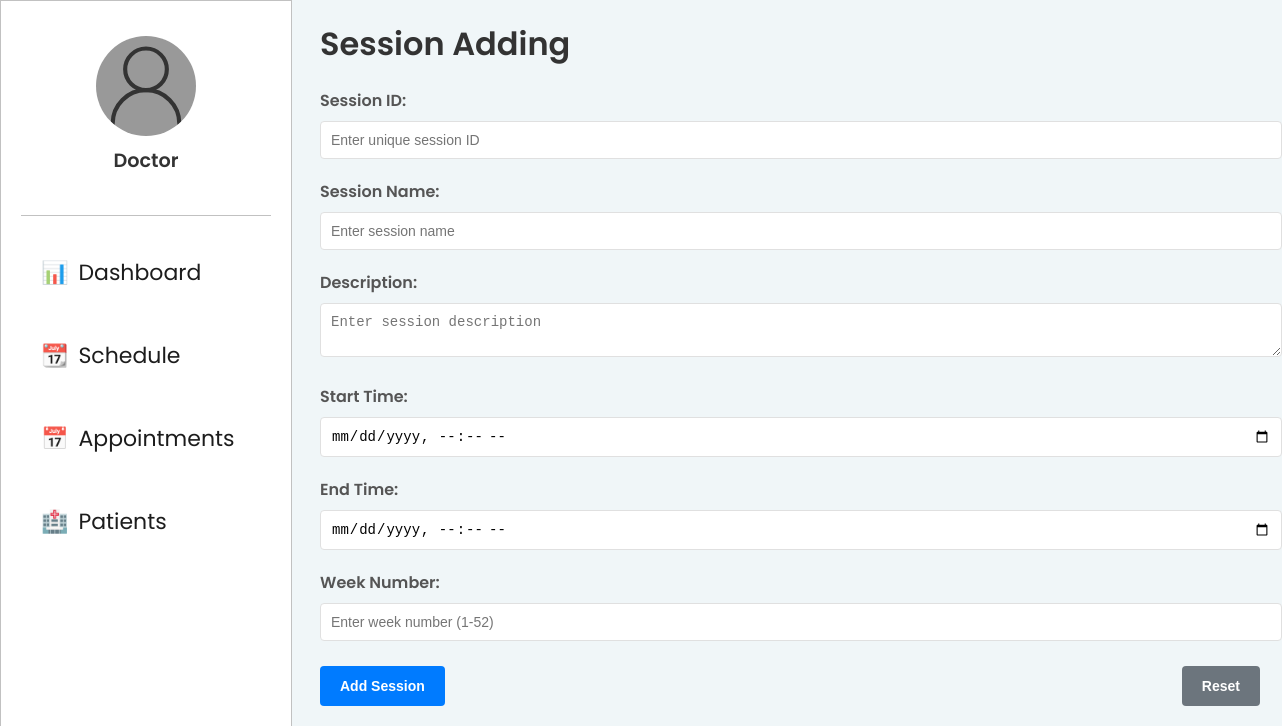
Repository: AriaFantom/Minor-Project
Page: http://localhost/Project/dashboard/doctor/schedule/create.jsp
The author's editor kept a copy of each file at every save. The page is drawn from the files as they stood at one save, then again after the next save.
The browser window is 1280 px wide. The page is 1282 px wide, then 1280 px, so the pictures cover 1282 px, including what lies to the right of the window. The pictures show the whole page.
Some web fonts or font styles are not loaded; a fallback is used. The page is served by Tomcat 10. Other server files are loaded and not shown.

Above is the page before, as saved 2024-12-12 20:00:33.

### Project/src/main/webapp/dashboard/doctor/schedule/create.jsp
<%@ page language="java" contentType="text/html; charset=UTF-8"
    pageEncoding="UTF-8"%>
<!DOCTYPE html>
<html lang="en">
<head>
    <meta charset="UTF-8">
    <title>Title</title>
    <link rel="stylesheet" href="../../../css/doctor-panel.css">

</head>
<body>
<aside class="side-bar">
    <div class="user-info">
        <svg xmlns="http://www.w3.org/2000/svg" width="24" height="24" viewBox="0 0 24 24" fill="none"
             stroke="currentColor"
             stroke-width="1" stroke-linecap="round" stroke-linejoin="round" class="user-avatar">
            <circle cx="12" cy="8" r="5"/>
            <path d="M20 21a8 8 0 0 0-16 0"/>
        </svg>
        <p>Doctor</p>
    </div>
    <ul class="siderbar-navlinks">
        <li>
            <a href="panel.jsp">
                <div class="icon">📊</div>
                Dashboard
            </a>
        </li>
        <li>
            <a href="schedule.jsp">
                <div class="icon">📆</div>
                Schedule
            </a>
        </li>
        <li>
            <a href="appointments.jsp">
                <div class="icon">📅</div>
                Appointments
            </a>
        </li>
        <li>
            <a href="patients.jsp">
                <div class="icon">🏥</div>
                Patients
            </a>
        </li>
    </ul>
</aside>
<main>
    <div class="top-heading">
        <h4 class="panel-heading">Session Adding</h4>
    </div>
    <div class="sessionformcontainer">
    <form action="AddSessionServlet" method="post" class="session-form" onsubmit="return validateForm()">
        <%-- Hidden input for doctor_id will be populated from logged-in session --%>
        <input type="hidden" name="doctor_id" value="${sessionScope.doctorId}">

        <div class="form-group">
            <label for="id">Session ID:</label>
            <input type="text" id="id" name="id" required
                   pattern="[A-Za-z0-9]+"
                   title="Session ID must contain only letters and numbers"
                   placeholder="Enter unique session ID">
        </div>

        <div class="form-group">
            <label for="name">Session Name:</label>
            <input type="text" id="name" name="name" required
                   maxlength="100"
                   placeholder="Enter session name">
        </div>

        <div class="form-group">
            <label for="description">Description:</label>
            <textarea id="description" name="description"
                      maxlength="500"
                      placeholder="Enter session description"></textarea>
        </div>

        <div class="form-group">
            <label for="start_time">Start Time:</label>
            <input type="datetime-local" id="start_time" name="start_time" required>
        </div>

        <div class="form-group">
            <label for="end_time">End Time:</label>
            <input type="datetime-local" id="end_time" name="end_time" required>
        </div>

        <div class="form-group">
            <label for="week">Week Number:</label>
            <input type="number" id="week" name="week"
                   min="1" max="52"
                   required
                   placeholder="Enter week number (1-52)">
        </div>

        <div class="form-actions">
            <button type="submit" class="btn btn-primary">Add Session</button>
            <button type="reset" class="btn btn-secondary">Reset</button>
        </div>
    </form>
</div>
</main>
</body>
</html>

### Project/src/main/webapp/css/doctor-panel.css
@import url('https://fonts.googleapis.com/css2?family=DM+Serif+Text:ital@0;1&family=PT+Sans:ital,wght@0,400;0,700;1,400;1,700&family=Poppins:ital,wght@0,100;0,200;0,300;0,400;0,500;0,600;0,700;0,800;0,900;1,100;1,200;1,300;1,400;1,500;1,600;1,700;1,800;1,900&family=Ubuntu:ital,wght@0,300;0,400;0,500;0,700;1,300;1,400;1,500;1,700&display=swap');

* {
    margin: 0;
    padding: 0;
}

body {
    background-color: #f0f6f8;
}



.side-bar {
    background: #fff;
    font-family: "Poppins", sans-serif;
    position: fixed;
    padding: 5px 20px;
    top: 0;
    left: 0;
    width: 250px;
    height: 100%;
    border: 1px solid rgba(51, 51, 51, 0.3);
    transition: 0.5s;
}

.user-info {
    display: flex;
    flex-direction: column;
    justify-content: center;
    align-items: center;
    padding: 30px 0px;
    border-bottom: 1px solid rgba(51, 51, 51, 0.3);
}

.user-avatar {
    width: 100px;
    height: 100px;
    border-radius: 50%;
    color: #333333;
    background: #999999;
}

.user-info p {
    margin: 10px 0;
    font-size: 1.2rem;
    font-weight: 600;
    color: #333333;
}

/* Nav Links */

.siderbar-navlinks {
    display: flex;
    flex-direction: column;
    gap: 10px;
    margin-top: 20px;
    list-style: none;
}

.side-bar li,
.side-bar a {
    text-decoration: none;
    font-size: 22px;
    display: flex;
    color: rgba(0, 0, 0, 0.89);
    gap: 10px;
    align-items: center;
    cursor: pointer;
    padding: 10px;
    transition: 0.5s;
}

.side-bar li:hover {
    background: #96c2c2;
    border-radius: 5px;
}

main {
    font-family: "Poppins", sans-serif;
    margin-left: 300px;
    padding: 20px;

}
.top-heading {
    display: flex;
    flex-direction: row;
    justify-content: space-between;
    margin-bottom: 20px;
}
.add-button {
    background-color: #3d8182;
    color: white;
    padding: 10px 20px;
    border-radius: 5px;
    font-size: 1.2rem;
    font-weight: 600;
    cursor: pointer;
    transition: 0.5s;
    border: none;
}
.panel-heading {
    font-size: 2rem;
    font-weight: 600;
    color: #333333;
}

.stats-container {
    display: grid;
    grid-template-columns: repeat(4, 1fr);
    gap: 20px;

    width: 100%;
}

.stats-card {
    background-color: white;
    border-radius: 12px;
    box-shadow: 0 8px 20px rgba(0, 0, 0, 0.08);
    padding: 25px;
    text-align: center;
    transition: all 0.3s ease;
    position: relative;
    overflow: hidden;
}

.stats-card:hover {
    transform: translateY(-10px);
    box-shadow: 0 12px 25px rgba(0, 0, 0, 0.12);
}

.stats-icon {
    font-size: 45px;
    margin-bottom: 15px;
    opacity: 0.7;
}

.stats-number {
    font-size: 36px;
    font-weight: bold;
    color: #2c3e50;
    margin-bottom: 10px;
}

.stats-label {
    font-size: 14px;
    color: #7f8c8d;
    text-transform: uppercase;
    letter-spacing: 1px;
}
/* All the tables in the main section */
.container {
    margin: 20px 10px;
    display: flex;
    gap: 40px;
    justify-content: space-between;
}

.appointment-table {
    width: 100%;
    border-collapse: collapse;
    background-color: #fff;
    border-radius: 10px;
    box-shadow: 0 4px 6px rgba(0, 0, 0, 0.1);
    overflow: hidden;
}

.appointment-table caption {
    font-size: 1.5em;
    font-weight: bold;
    padding: 10px;
    text-align: center;
    background-color: #f1f1f1;
    border-bottom: 2px solid #ddd;
}

.appointment-table th, .appointment-table td {

    padding: 12px 18px;
    text-align: center;
    border-bottom: 1px solid #ddd;
}

.appointment-table th {
    background-color: #f8f9fa;
    color: #555;
}

.appointment-table tr:hover {
    background-color: #f1f1f1;
}

.appointment-table td {
    font-size: 1em;
}
.edit-button {
    background-color: #3d826d;
    color: white;
    padding: 10px 15px;
    border-radius: 5px;
    font-size: 1.2rem;
    font-weight: 600;
    cursor: pointer;
    transition: 0.5s;
    border: none;
}

.delete-button {
    background-color: #823d3d;
    color: white;
    padding: 10px 15px;
    border-radius: 5px;
    font-size: 1.2rem;
    font-weight: 600;
    cursor: pointer;
    transition: 0.5s;
    border: none;
}



.session-form-container {
    background-color: #ffffff;
    border-radius: 8px;
    box-shadow: 0 4px 6px rgba(0, 0, 0, 0.1);
    padding: 30px;
    max-width: 600px;
    margin: 20px auto;
    border: 1px solid #e0e0e0;
}

.session-form .form-group {
    margin-bottom: 20px;
}

.session-form label {
    display: block;
    margin-bottom: 8px;
    font-weight: 600;
    color: #555;
}

.session-form input,
.session-form textarea {
    width: 100%;
    padding: 10px;
    border: 1px solid #e0e0e0;
    border-radius: 4px;
    font-size: 14px;
    transition: border-color 0.3s ease;
}

.session-form input:focus,
.session-form textarea:focus {
    outline: none;
    border-color: #007bff;
    box-shadow: 0 0 5px rgba(0, 123, 255, 0.2);
}

.form-actions {
    display: flex;
    justify-content: space-between;
    margin-top: 25px;
}

.btn {
    padding: 12px 20px;
    border: none;
    border-radius: 4px;
    font-size: 14px;
    font-weight: 600;
    cursor: pointer;
    transition: background-color 0.3s ease;
}

.btn-primary {
    background-color: #007bff;
    color: white;
}

.btn-primary:hover {
    background-color: #0056b3;
}

.btn-secondary {
    background-color: #6c757d;
    color: white;
}

.btn-secondary:hover {
    background-color: #545b62;
}

.session-form .form-group select {
    width: 100%;
    padding: 10px;
    border: 1px solid #e0e0e0;
    border-radius: 4px;
    background-color: white;
    font-size: 14px;
    appearance: none;
    -webkit-appearance: none;
    -moz-appearance: none;
    background-image: url("data:[embedded picture, 260 characters]");
    background-repeat: no-repeat;
    background-position: right 10px center;
}

.session-form .form-group select:focus {
    outline: none;
    border-color: #007bff;
    box-shadow: 0 0 5px rgba(0, 123, 255, 0.2);
}

.session-form .form-group select:invalid {
    color: #999;
}

.session-form .form-group select option {
    background-color: white;
    color: #333;
}

.session-form .form-group select option:first-child {
    color: #999;
}
.alert {
            padding: 15px;
            margin: 20px auto;
            border-radius: 4px;
            width: 95%;
            font-size: 16px;
            text-align: center;
}
.alert-success {
            color: #155724;
            background-color: #d4edda;
            border: 1px solid #c3e6cb;
}
.alert-danger {
            color: #721c24;
            background-color: #f8d7da;
            border: 1px solid #f5c6cb;
 }
.errordiv {
	display: flex;
	flex-direction: column;
	align-items:center;
	justify-content:center;
	background-color: #96c2c2;
	height: 100vh;
	width: 100%;
	font-family: "Poppins", sans-serif;
}

.errordiv h1 {
	text-transform: uppercase;
}

After the next save:
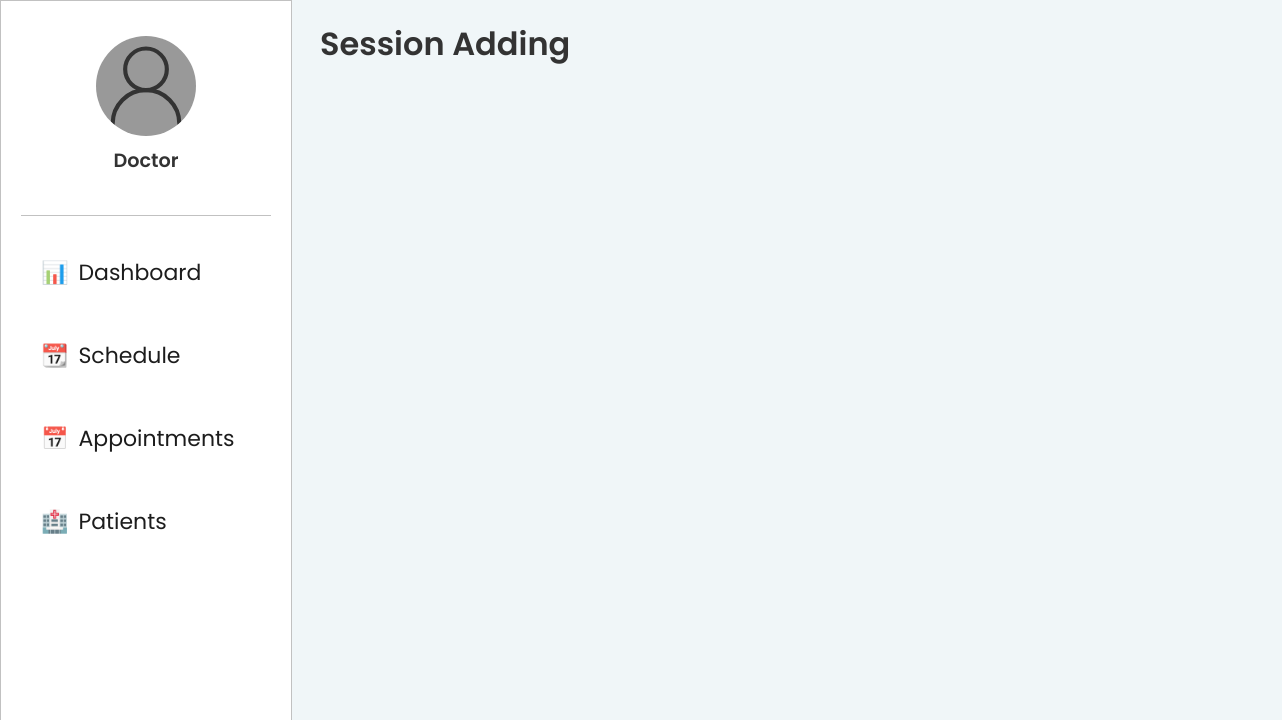
Saved 36 s later.
--- a/Project/src/main/webapp/dashboard/doctor/schedule/create.jsp
+++ b/Project/src/main/webapp/dashboard/doctor/schedule/create.jsp
@@ -50,57 +50,7 @@
     <div class="top-heading">
         <h4 class="panel-heading">Session Adding</h4>
     </div>
-    <div class="sessionformcontainer">
-    <form action="AddSessionServlet" method="post" class="session-form" onsubmit="return validateForm()">
-        <%-- Hidden input for doctor_id will be populated from logged-in session --%>
-        <input type="hidden" name="doctor_id" value="${sessionScope.doctorId}">
 
-        <div class="form-group">
-            <label for="id">Session ID:</label>
-            <input type="text" id="id" name="id" required
-                   pattern="[A-Za-z0-9]+"
-                   title="Session ID must contain only letters and numbers"
-                   placeholder="Enter unique session ID">
-        </div>
-
-        <div class="form-group">
-            <label for="name">Session Name:</label>
-            <input type="text" id="name" name="name" required
-                   maxlength="100"
-                   placeholder="Enter session name">
-        </div>
-
-        <div class="form-group">
-            <label for="description">Description:</label>
-            <textarea id="description" name="description"
-                      maxlength="500"
-                      placeholder="Enter session description"></textarea>
-        </div>
-
-        <div class="form-group">
-            <label for="start_time">Start Time:</label>
-            <input type="datetime-local" id="start_time" name="start_time" required>
-        </div>
-
-        <div class="form-group">
-            <label for="end_time">End Time:</label>
-            <input type="datetime-local" id="end_time" name="end_time" required>
-        </div>
-
-        <div class="form-group">
-            <label for="week">Week Number:</label>
-            <input type="number" id="week" name="week"
-                   min="1" max="52"
-                   required
-                   placeholder="Enter week number (1-52)">
-        </div>
-
-        <div class="form-actions">
-            <button type="submit" class="btn btn-primary">Add Session</button>
-            <button type="reset" class="btn btn-secondary">Reset</button>
-        </div>
-    </form>
-</div>
 </main>
 </body>
 </html>
